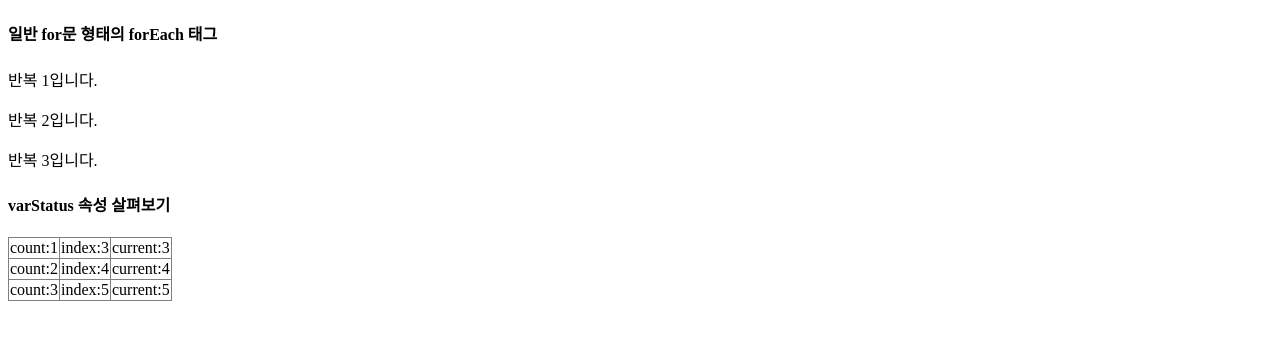
Repository: ahwaboin3/eclipse-workspace-jsp
Page: http://localhost/MustHaveJSP/JSTL/ForEachNormal.jsp
These files come from the project's save history. The page is drawn as it stood at one moment and after the next save; the edit follows.
The browser window is 1280 px wide. The pictures show the whole page.
The page is served by Tomcat 10. Other server files are loaded and not shown.

Above is the page before, as saved 2025-05-23 01:24:00.

### MustHaveJSP/src/main/webapp/JSTL/ForEachNormal.jsp
<%@ page language="java" contentType="text/html; charset=UTF-8"
    pageEncoding="UTF-8"%>
<%@ taglib prefix="c" uri="jakarta.tags.core" %>
<!DOCTYPE html>
<html>
<head>
<meta charset="UTF-8">
<title>Insert title here</title>
<style type="text/css">
table{
	border-collapse:collapse;
}
</style>
</head>
<body>
<!-- ForEachNormal.jsp -->
<%/*
<c:froEach> 태그
반복을 위해 사용됩니다.

일반 for문 형태
<c:ForEach var="변수명" begin="시작값" end="마지막값" step="증가값" />

향상된 for문 형태(foreach문)
<c:forEach var="변수명" items="컬렉션 혹은 배열" />

<c:forEach> 태그 속성
varStatus - 루프의 현재 상태를 알려주는 변수의 이름을 지정합니다.
varStatus 속성을 통해 얻을 수 있는 정보
속성명 | 일반 for문 | 향상된 for문
current | var에 지정한 현재 루프의 변숫값 반환 | 현재 루프의 실제 요소를 반환
index | var에 지정한 현재 루프의 변숫값 반환 | 현재 루프의 인덱스를 표시(0-마지막)
count | 실제 반복 횟수(1-마지막) | 일반 for문과 동일함
first | 루프의 처음일 때 true반환 | 일반 for문과 동일함
last | 루프의 마지막일 때 true 반환 | 일반 for문과 동일함
*/%>
<h4>일반 for문 형태의 forEach 태그</h4>
<c:forEach begin="1" end="3" step="1" var="i">
	<p>반복 ${i}입니다.</p>
</c:forEach>
<h4>varStatus 속성 살펴보기</h4>
<table border="1">
<c:forEach begin="3" end="5" var="i" varStatus="loop">
	<tr>
		<td>count:${loop.count }</td>
		<td>index:${loop.index }</td>
		<td>current:${loop.current }</td>
	</td>
</c:forEach>
</table>
</body>
</html>

After the next save:
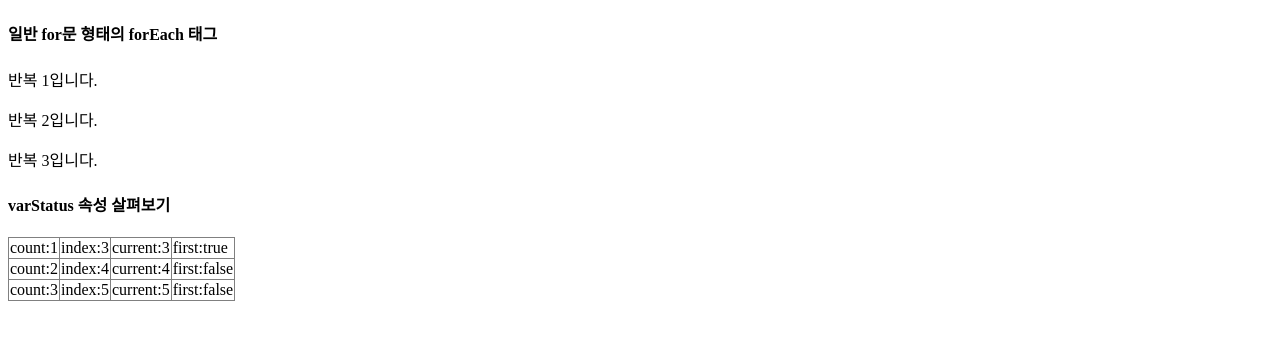
Saved 67 s later.
--- a/MustHaveJSP/src/main/webapp/JSTL/ForEachNormal.jsp
+++ b/MustHaveJSP/src/main/webapp/JSTL/ForEachNormal.jsp
@@ -45,6 +45,7 @@ last | 루프의 마지막일 때 true 반환 | 일반 for문과 동일함
 		<td>count:${loop.count }</td>
 		<td>index:${loop.index }</td>
 		<td>current:${loop.current }</td>
+		<td>first:${loop.first }</td>
 	</td>
 </c:forEach>
 </table>
